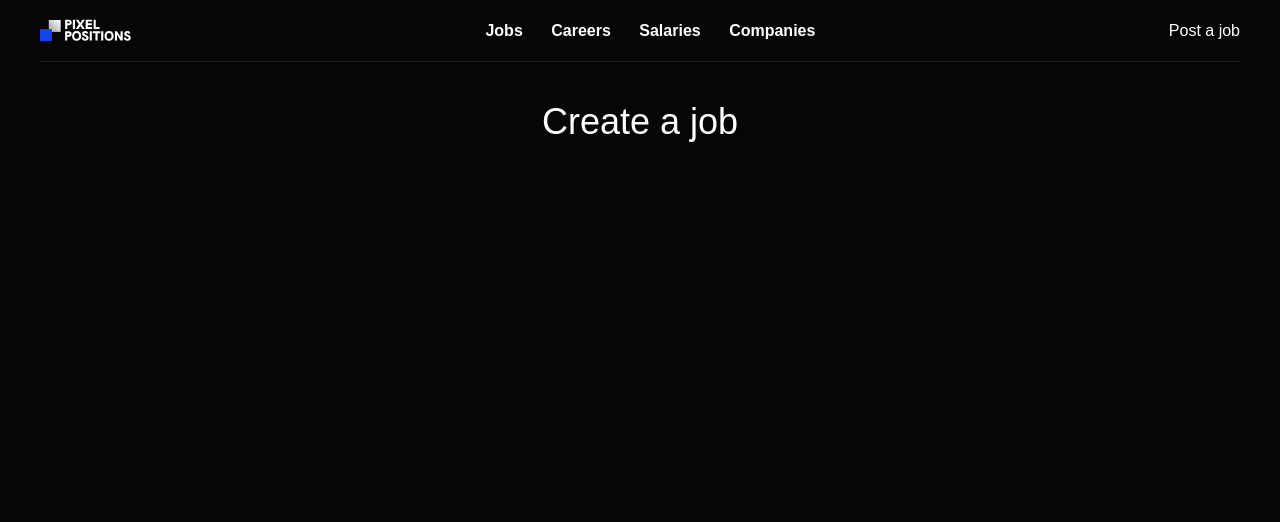
Repository: aggepap/pixel-positions-laravel
Page: http://localhost/jobs/create
The author's editor kept a copy of each file at every save. The page is drawn from the files as they stood at one save, then again after the next save.
The browser window is 1280 px wide. The pictures show the whole page.
Some web fonts or font styles are not loaded; a fallback is used. The page is served by the project's Laravel application, run on PHP 8.4 with Laravel 12. A made-up administrator, Test User (test@example.com), is signed in. Style sheets and scripts are compiled from the project's sources, by tool versions that may differ from the author's.

Above is the page before, as saved 2025-02-22 23:15:36.

After the next save:
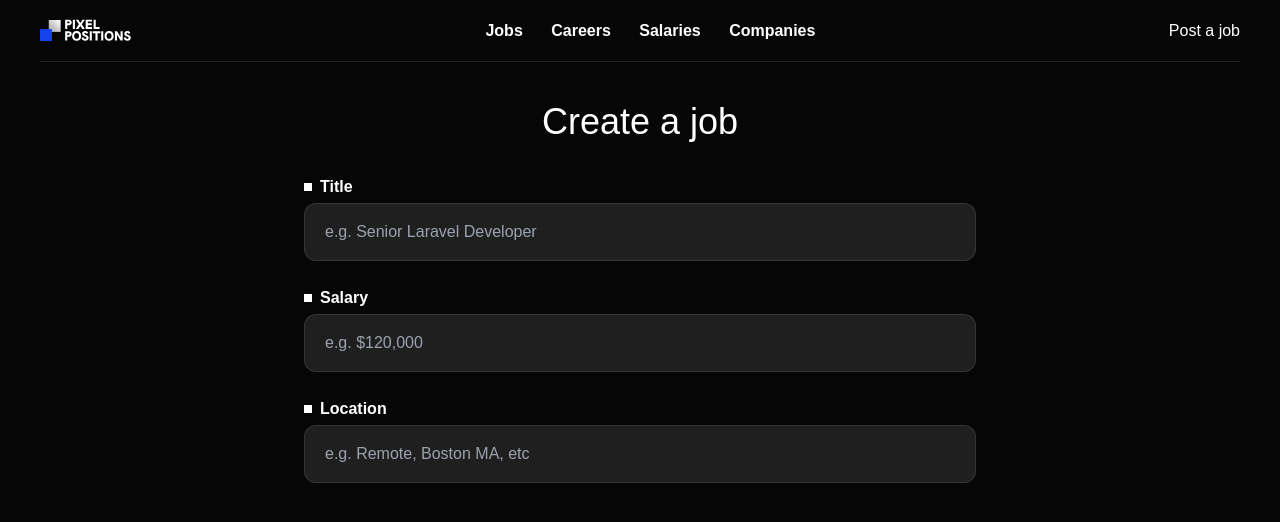
Saved 67 s later.
--- a/resources/views/jobs/create.blade.php
+++ b/resources/views/jobs/create.blade.php
@@ -3,6 +3,9 @@
 
 <x-forms.form method="POST" action="/jobs">
 
+<x-forms.input label="Title" type="text" name="title" placeholder="e.g. Senior Laravel Developer" />
+<x-forms.input label="Salary" type="salary" name="title"  placeholder="e.g. $120,000" />
+<x-forms.input label="Location" type="text" name="title"  placeholder="e.g. Remote, Boston MA, etc" />
 </x-forms.form>
 
 </x-layout>
